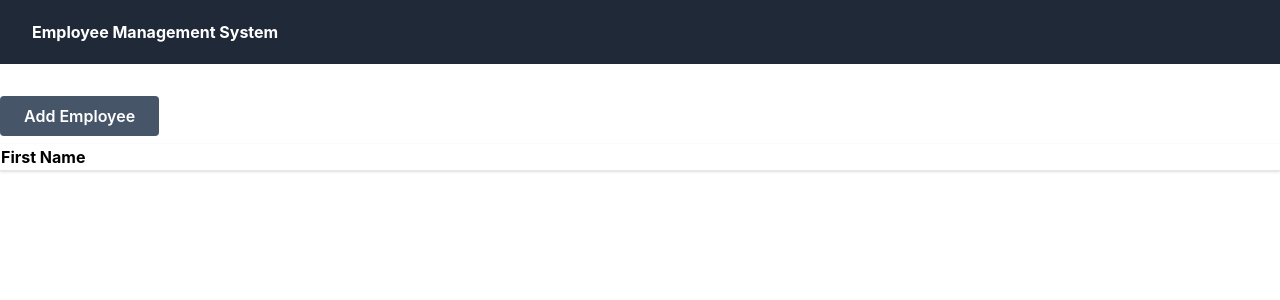
Repository: Atanu484/Full-Stack-Employee-Management-System
Page: / (app in employee-system-frontend/)
An editor plug-in stored every save of this project. The page is shown before and after the next save, followed by the edit.
The browser window is 1280 px wide. The pictures show the whole page.
The project was rebuilt for these pictures with package versions that can differ from the ones it lists, and the page was loaded fresh each time. Also part of the build but not shown: employee-system-frontend/src/App.css, employee-system-frontend/src/services/EmployeeService.js, employee-system-frontend/src/components/AddEmployee.js.

Above is the page before, as saved 2022-08-15 01:46:51.

After the next save:
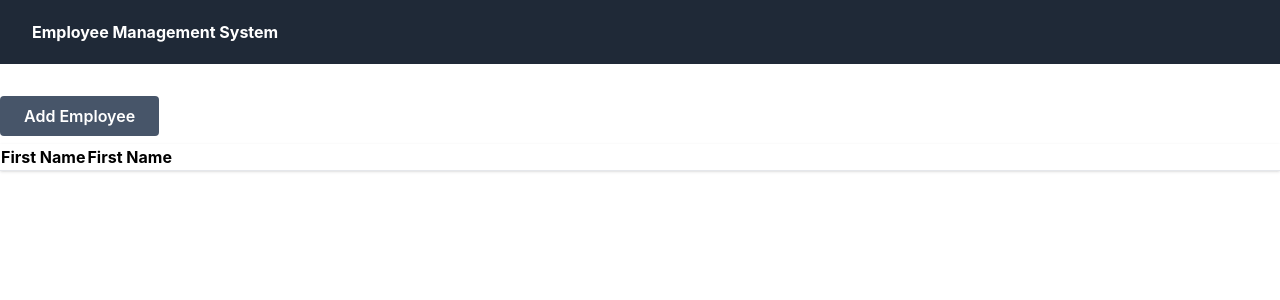
Saved 5 s later.
--- a/employee-system-frontend/src/components/EmployeeList.js
+++ b/employee-system-frontend/src/components/EmployeeList.js
@@ -13,6 +13,7 @@ const EmployeeList = () => {
                     <thread>
                         <tr>
                             <th>First Name</th>
+                            <th>First Name</th>
                         </tr>
                     </thread>
                 </table>
